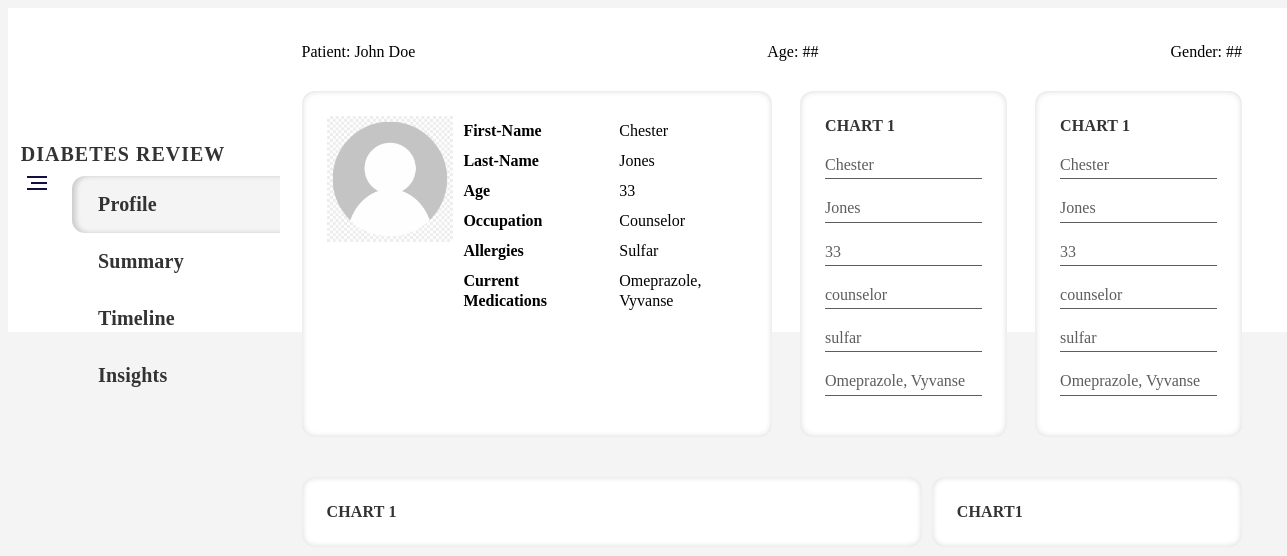
Repository: ariellecerini/clinical-reasoning
Page: /
An editor plug-in stored every save of this project. The page is shown before and after the next save, followed by the edit.
The browser window is 1280 px wide. The page is 1287 px wide, so the pictures cover 1287 px, including what lies to the right of the window. The pictures show the whole page.
The project was rebuilt for these pictures with package versions that can differ from the ones it lists, and the page was loaded fresh each time.

Above is the page before, as saved 2021-07-19 00:08:26.

After the next save:
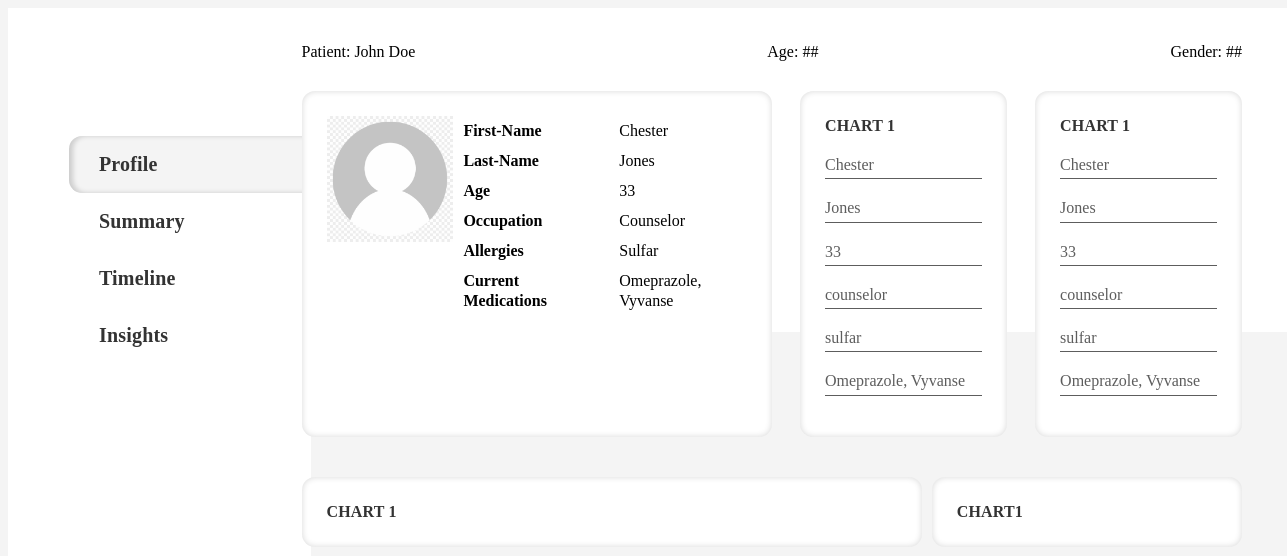
Saved 69 s later.
--- a/src/stories/Dashboard/Menu/MenuItem/Menu.css
+++ b/src/stories/Dashboard/Menu/MenuItem/Menu.css
@@ -37,7 +37,7 @@
 'nav-item--rounded': this.rounded, */
 
 .sidebar.menu.navholder{
-    /* background: #FFFFFF 0% 0% no-repeat padding-box; */
+    background: #FFFFFF 0% 0% no-repeat padding-box;
     /* box-shadow: inset 0px 3px 10px #00000029; */
     opacity: 1;
     width: 100%;
@@ -77,37 +77,3 @@
     position: fixed;
     width: 100%;
 }
-
-
-.slide-enter-active,
-    .slide-leave-active
-    {
-        transition: transform 0.2s ease;
-    }
-
-    .slide-enter,
-    .slide-leave-to {
-        transform: translateX(-100%);
-        transition: all 150ms ease-in 0s
-    }
-
-    .sidebar-backdrop {
-        width: 100vw;
-        height: 100vh;
-        position: fixed;
-        top: 0;
-        left: 0;
-        cursor: pointer;
-    }
-
-    .sidebar-panel {
-        overflow-y: auto;
-        position: fixed;
-        left: 0;
-        top: 0;
-        height: 100vh;
-        z-index: 999;
-        padding: 3rem 20px 2rem 20px;
-        margin-top: 10%;
-        width: 300px;
-    }
